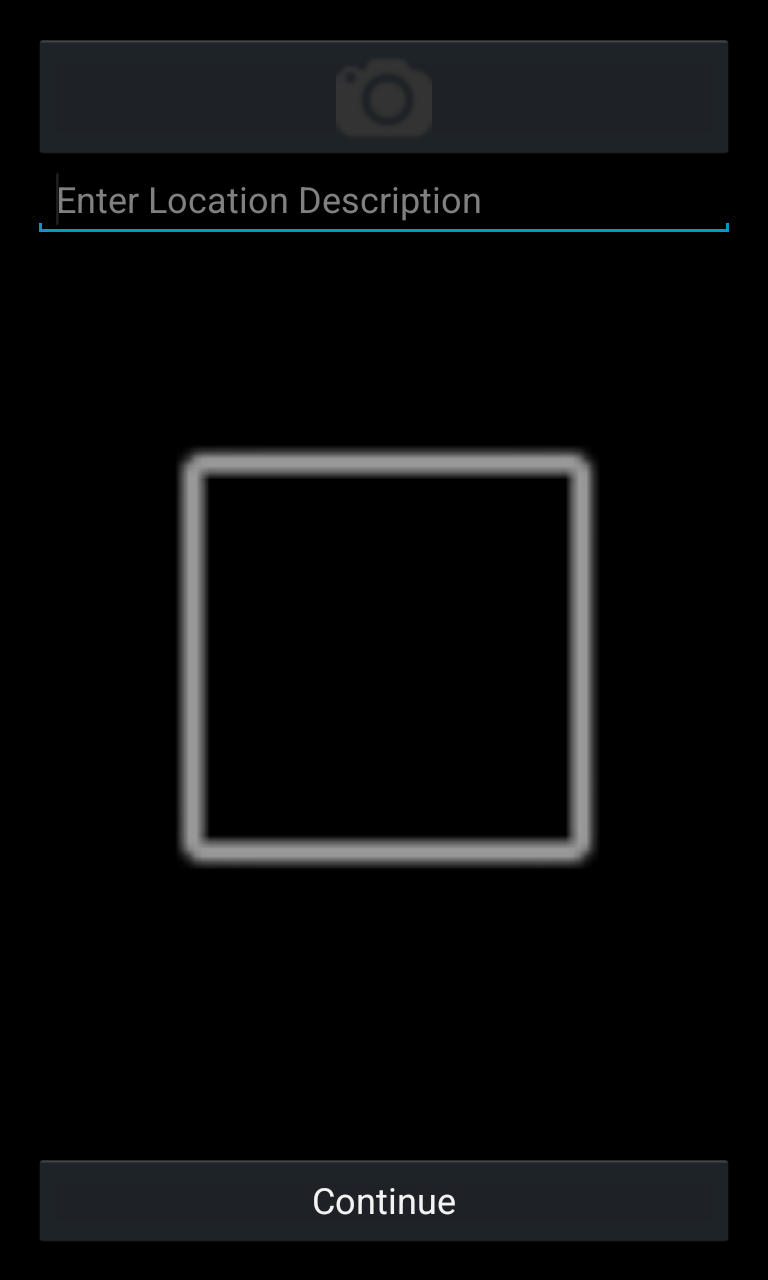
Repository: Jafnee/Android-Walking-Tour
Layout: SRC/Drafts/0.3/fuzzyNinja/PathFinder/res/layout/activity_new_waypoint.xml
These files come from the project's save history. The layout is drawn as it stood at one moment and after the next save; the edit follows.
It is drawn on a 768 x 1280 px phone screen (xhdpi) without system bars, with theme android:Theme.Holo; the app's code is not run.

Above is the layout before, as saved 2013-12-13 04:59:38.

After the next save:
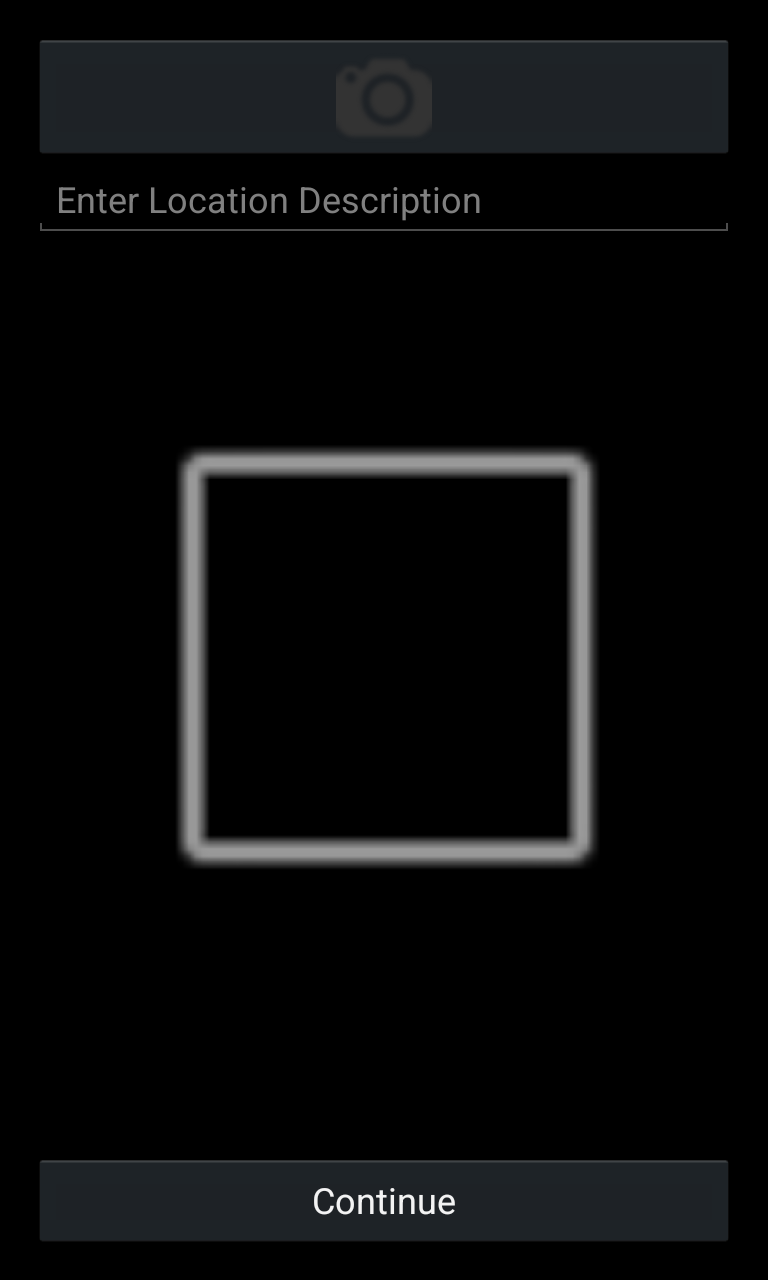
Saved 18 s later.
--- a/SRC/Drafts/0.3/fuzzyNinja/PathFinder/res/layout/activity_new_waypoint.xml
+++ b/SRC/Drafts/0.3/fuzzyNinja/PathFinder/res/layout/activity_new_waypoint.xml
@@ -46,7 +46,6 @@
         android:hint="Enter Location Description"
         android:inputType="textMultiLine" >
 
-        <requestFocus />
     </EditText>
 
 </RelativeLayout>
